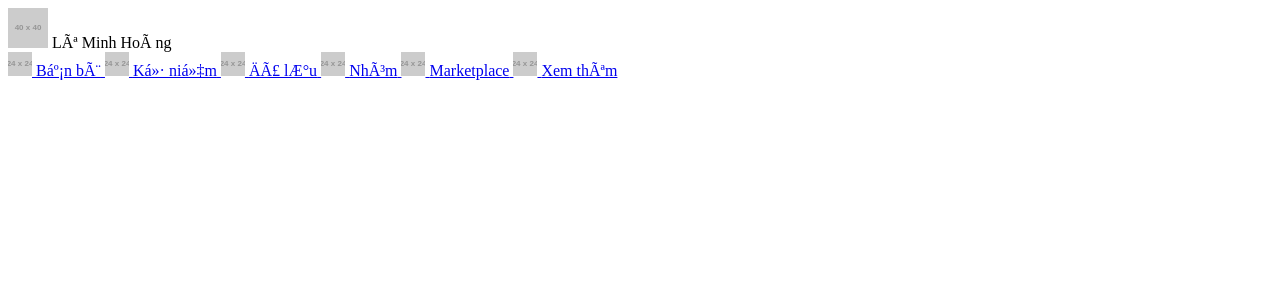
Repository: oafnghh/CassanoSphere
Page: http://localhost/CassanoSphere/www/home/includes/rightBar.jsp
These files come from the project's save history. The page is drawn as it stood at one moment and after the next save; the edit follows.
The browser window is 1280 px wide. The pictures show the whole page.
The page is served by Tomcat 9.

Above is the page before, as saved 2024-07-15 13:55:45.

After the next save:
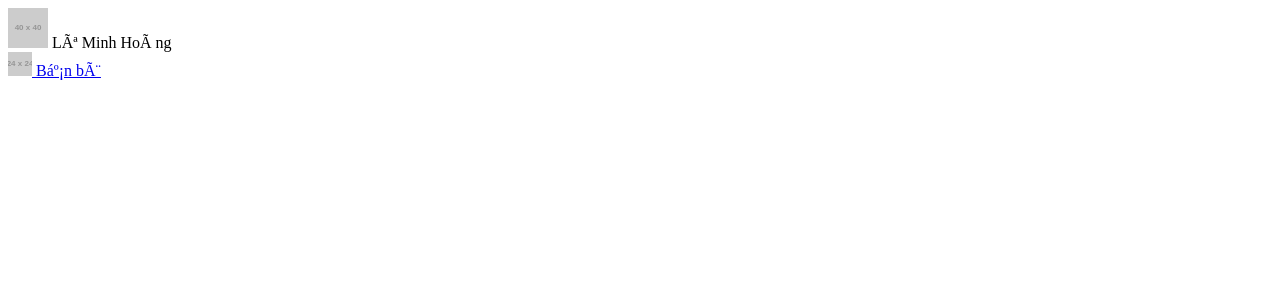
Saved 7 s later.
--- a/CassanoSphere/webapp/www/home/includes/rightBar.jsp
+++ b/CassanoSphere/webapp/www/home/includes/rightBar.jsp
@@ -11,26 +11,6 @@
       <img src="https://placehold.co/24x24?text=👥" alt="Friends icon" />
       <span>Bạn bè</span>
     </a>
-    <a href="#" class="flex items-center space-x-3 text-foreground hover:bg-muted p-2 rounded">
-      <img src="https://placehold.co/24x24?text=🕒" alt="Memories icon" />
-      <span>Kỷ niệm</span>
-    </a>
-    <a href="#" class="flex items-center space-x-3 text-foreground hover:bg-muted p-2 rounded">
-      <img src="https://placehold.co/24x24?text=🔖" alt="Saved icon" />
-      <span>Đã lưu</span>
-    </a>
-    <a href="#" class="flex items-center space-x-3 text-foreground hover:bg-muted p-2 rounded">
-      <img src="https://placehold.co/24x24?text=👥" alt="Groups icon" />
-      <span>Nhóm</span>
-    </a>
-    <a href="#" class="flex items-center space-x-3 text-foreground hover:bg-muted p-2 rounded">
-      <img src="https://placehold.co/24x24?text=🏬" alt="Marketplace icon" />
-      <span>Marketplace</span>
-    </a>
-    <a href="#" class="flex items-center space-x-3 text-foreground hover:bg-muted p-2 rounded">
-      <img src="https://placehold.co/24x24?text=⬇️" alt="See more icon" />
-      <span>Xem thêm</span>
-    </a>
   </nav>
 
 </div>
